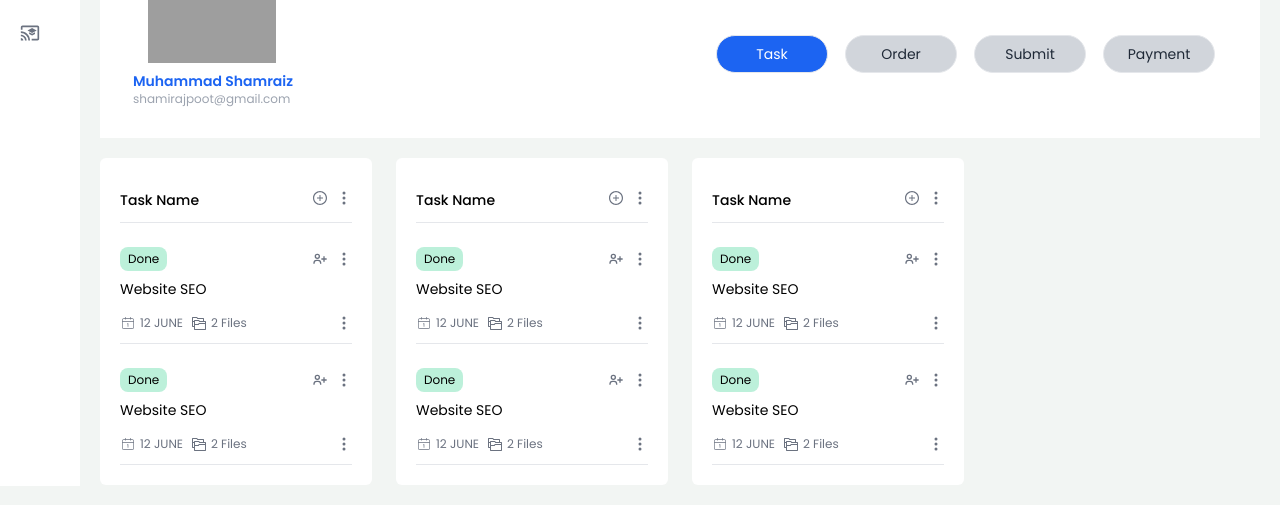
Repository: Shamraiz761/Frontend-Assessment
Page: /
An editor plug-in stored every save of this project. The page is shown before and after the next save, followed by the edit.
The browser window is 1280 px wide. The pictures show the part of the page from y = 234 to 739 px (the page is 739 px tall).
Pictures or frames that could not be fetched are drawn as grey boxes. The project was rebuilt for these pictures with package versions that can differ from the ones it lists, and the page was loaded fresh each time. Also part of the build but not shown: vite.config.js. Imported but missing from the stored project, and not drawn on this page: src/pages/auth/login.

Above is the page before, as saved 2023-06-08 16:02:17.

### src/main.jsx
import ReactDOM from 'react-dom/client'

import React from 'react'

import App from './App.jsx'
import './index.css'

ReactDOM.createRoot(document.getElementById('root')).render(
  <React.StrictMode>
    <App />
  </React.StrictMode>,
)

### src/App.jsx
import React from 'react'
import { DndProvider } from 'react-dnd'
import { HTML5Backend } from 'react-dnd-html5-backend'
import 'flowbite'

import AppRoutes from './routes'

export default function App() {
  return (
    <DndProvider backend={HTML5Backend}>
      <AppRoutes />
    </DndProvider>
  )
}

### src/index.css
@import url("https://fonts.googleapis.com/css2?family=Poppins:wght@400;500;600;700;800;900&display=swap");

@tailwind base;
@tailwind components;
@tailwind utilities;

* {
  margin: 0;
  padding: 0;
}

body {
  margin: 0;
  font-family: "Poppins", -apple-system, BlinkMacSystemFont, "Segoe UI",
    "Roboto", "Oxygen", "Ubuntu", "Cantarell", "Fira Sans", "Droid Sans",
    "Helvetica Neue", sans-serif;
  -webkit-font-smoothing: antialiased;
  -moz-osx-font-smoothing: grayscale;
  width: 100vw;
  overflow-x: hidden;
  background-color: #f2f5f3;
  /* background: linear-gradient(180deg, #faefe8 0%, #edc7ac 100%); */
}

code {
  font-family: source-code-pro, Menlo, Monaco, Consolas, "Courier New",
    monospace;
}

.pointer-cursor {
  cursor: pointer;
}

.cusBorder {
  border: 1px solid #000;
  border-radius: 5px;
}

img {
  cursor: pointer;
}
.errors {
  color: #dc3545;
  padding: 0;
  margin: 0;
  font-size: 12px;
}
.loader {
  position: fixed;
  top: 0;
  bottom: 0;
  left: 0;
  right: 0;
  background-color: rgba(47, 151, 161, 0.32);

  display: flex;
  justify-content: center;
  align-items: center;
}

.link {
  color: #000;
  cursor: pointer;
  text-decoration: none;
}
.link:hover {
  color: #000;
}

.trans-btn {
  background-color: transparent;
  border: none;
}
.profile-logout-btn {
  border: 0;
}
.profile-logout-btn:hover {
  border: 0;
}
.profile-btn {
  border-radius: 0;
  border: 0;
}
.logout-btn {
  border-radius: 0;
  border: 0;
}
.logout-btn:hover {
  background-color: rgba(220, 53, 69, 0.5);
  border: 0;
  color: #fff;
}
.breadcrumbs ul {
  list-style: none;
  display: inline-block;
}

.breadcrumbs ul li {
  display: inline;
}

.breadcrumbs ul li .bc-link {
  /* display: block; */
  width: max-content;
  background-color: #f8f9fa;
  padding: 6px 15px 6px 25px;
  text-align: center;
  position: relative;
  margin: 0 10px 0 0;
  font-size: 15px;
  text-decoration: none;
  color: #000;
}
.breadcrumbs ul li .bc-link::after {
  content: "";
  border-top: 17px solid transparent;
  border-bottom: 17px solid transparent;
  border-left: 17px solid #f8f9fa;
  position: absolute;
  top: 0;
  right: -17px;
  z-index: 1;
}
.breadcrumbs ul li .bc-link::before {
  content: "";
  border-top: 17px solid transparent;
  border-bottom: 17px solid transparent;
  border-left: 17px solid #71cdd5;
  position: absolute;
  top: 0;
  left: 0;
}
.breadcrumbs ul li:first-child .bc-link {
  border-top-left-radius: 5px;
  border-bottom-left-radius: 5px;
}
.breadcrumbs ul li:first-child .bc-link::before {
  display: none;
}

.breadcrumbs ul li:last-child .bc-link {
  padding-right: 20px;
  border-top-right-radius: 5px;
  border-bottom-right-radius: 5px;
}
.breadcrumbs ul li:last-child .bc-link::after {
  display: none;
}

@media screen and (max-width: 500px) {
  .breadcrumbs ul li .bc-link {
    /* display: block; */
    padding: 2px 2px 2px 13px;
    /* margin: 0 10px 0 0; */
    font-size: 14px;
  }

  .breadcrumbs ul li .bc-link::after {
    content: "";
    border-top: 11.6px solid transparent;
    border-bottom: 11.6px solid transparent;
    border-left: 11.6px solid #f8f9fa;
    position: absolute;
    top: 0;
    right: -11.6px;
    z-index: 1;
  }
  .breadcrumbs ul li .bc-link::before {
    content: "";
    border-top: 11.6px solid transparent;
    border-bottom: 11.6px solid transparent;
    border-left: 11.6px solid #71cdd5;
    position: absolute;
    top: 0;
    left: 0;
  }
  .breadcrumbs ul li:last-child .bc-link {
    padding-right: 5px;
  }
}

@media screen and (max-width: 350px) {
  .breadcrumbs ul li .bc-link {
    /* display: block; */
    padding: 2px 2px 2px 12px;
    /* margin: 0 10px 0 0; */
    font-size: 10px;
  }

  .breadcrumbs ul li .bc-link::after {
    content: "";
    border-top: 9px solid transparent;
    border-bottom: 9px solid transparent;
    border-left: 9px solid #f8f9fa;
    position: absolute;
    top: 0;
    right: -9px;
    z-index: 1;
  }
  .breadcrumbs ul li .bc-link::before {
    content: "";
    border-top: 9px solid transparent;
    border-bottom: 9px solid transparent;
    border-left: 9px solid #edc7ac;
    position: absolute;
    top: 0;
    left: 0;
  }
  .breadcrumbs ul li:last-child .bc-link {
    padding-right: 5px;
  }
}

/* ********************************************** */

### src/routes/index.jsx
import {
  createBrowserRouter,
  createRoutesFromElements,
  RouterProvider,
  Route,
} from "react-router-dom";

import * as React from "react";

import Layout from "./layout";
import Root from "./root";

import Home from "../pages/dashboard";
import Login from "../pages/auth/login";
import Header from "../components/header/index";

export default function AppRoutes() {
  const router = createBrowserRouter(
    createRoutesFromElements(
      <Route path="/" element={<Root />}>
        <Route path="/login" element={<Login />} />

        <Route element={<Layout />}>
          <Route path="/" element={<Home />} />
        </Route>
      </Route>
    )
  );

  return <RouterProvider router={router} />;
}

### src/routes/layout.jsx
import { Link, Outlet, useNavigate } from "react-router-dom";
import { Gi3DGlasses } from "react-icons/gi";
import { CgProfile } from "react-icons/cg";
import { BsArrowLeft, BsFillChatSquareTextFill } from "react-icons/bs";
import { MdOutlineDashboard, MdOutlineCastForEducation } from "react-icons/md";

import React, { useState } from "react";
import Header from "../components/header/index";

export default function Layout() {
  const [open, setOpen] = useState(false);
  const [type, setType] = useState(false);
  const navigate = useNavigate();
  return (
    <div>
      {/* {loading && <LoadingSpinner asOverlay />} */}
      <div
        className={` h-screen bg-white  p-3 ${
          open ? "w-56" : "w-20"
        } fixed top-0 sidebar z-50`}
      >
        {/* Logo */}

        <div className="flex flex-row justify-center">
          <svg
            width="67"
            height="67"
            viewBox="0 0 67 67"
            fill="none"
            xmlns="http://www.w3.org/2000/svg"
            className={` text-4xl block float-left cursor-pointer rounded duration-500 ${
              !open && "rotate-[360deg]"
            }`}
            onClick={() => {
              setOpen(!open);
              setType(false);
            }}
          >
            <path
              d="M22.138 15.2984L30.8759 24.0363C32.3276 25.488 34.7005 25.488 36.1522 24.0363L44.8901 15.2984C47.2351 12.9534 45.588 8.90552 42.238 8.90552H24.7622C21.4401 8.90552 19.7651 12.9534 22.138 15.2984Z"
              fill="#208FF5"
            />
            <path
              d="M22.138 51.7017L30.8759 42.9637C32.3276 41.5121 34.7005 41.5121 36.1522 42.9637L44.8901 51.7017C47.2351 54.0467 45.588 58.0946 42.238 58.0946H24.7622C21.4401 58.0946 19.7651 54.0467 22.138 51.7017Z"
              fill="#208FF5"
            />
            <path
              d="M6.03002 31.9088L12.423 21.8588C13.428 20.2676 15.6614 20.0163 17.0014 21.3563L27.0514 31.4063C28.1959 32.5509 28.1959 34.4213 27.0514 35.5659L17.0014 45.6159C15.6614 46.9559 13.456 46.7047 12.423 45.1134L6.03002 35.0634C5.44377 34.1142 5.44377 32.8859 6.03002 31.9088Z"
              fill="#208FF5"
            />
            <path
              d="M60.9701 31.9088L54.5771 21.8588C53.5721 20.2676 51.3387 20.0163 49.9987 21.3563L39.9488 31.4063C38.8042 32.5509 38.8042 34.4213 39.9488 35.5659L49.9987 45.6159C51.3387 46.9559 53.5442 46.7047 54.5771 45.1134L60.9701 35.0634C61.5563 34.1142 61.5563 32.8859 60.9701 31.9088Z"
              fill="#208FF5"
            />
          </svg>
        </div>

        {/* Search */}

        <ul className="pt-2">
          {/* Dashboard */}
          <Link
            to="/"
            className={` rounded-md text-gray-500  text-xs flex items-center gap-x-4 cursor-pointer hover:bg-gray-50 hover:text-blue-500 py-4 p-2`}
          >
            <span className="text-xl block float-left">
              <MdOutlineDashboard />
            </span>
            <span
              className={` text-sm font-md flex-1
          ${!open && "hidden"}`}
            >
              Marketplace
            </span>
          </Link>

          <Link
            className={` rounded-md text-gray-500  text-xs flex items-center gap-x-4 cursor-pointer hover:bg-gray-50 hover:text-blue-500 py-4 p-2`}
            to="/profile"
          >
            <span className="text-xl block float-left">
              <CgProfile />
            </span>
            <span
              className={` text-xs font-md flex-1
          ${!open && "hidden"}`}
            >
              Profile
            </span>
          </Link>

          {/* Lens */}
          <Link
            className={` rounded-md text-gray-500  text-xs flex items-center gap-x-4 cursor-pointer hover:bg-gray-50 hover:text-blue-500 py-4 p-2`}
            to="/chat"
          >
            <span className="text-lg block float-left">
              <BsFillChatSquareTextFill />
            </span>
            <span
              className={` text-xs font-md flex-1
          ${!open && "hidden"}`}
            >
              Chat
            </span>
          </Link>

          {/* Orders */}
          <Link
            className={` rounded-md text-gray-500  text-xs flex items-center gap-x-4 cursor-pointer hover:bg-gray-50 hover:text-blue-500 py-4 p-2`}
            to="/education"
          >
            <span className="text-xl block float-left">
              <MdOutlineCastForEducation />
            </span>
            <span
              className={` text-xs font-md flex-1
          ${!open && "hidden"}`}
            >
              Education
            </span>
          </Link>
        </ul>
      </div>
      <div className={` ${open ? "ml-56" : "ml-20"}`}>
        <Header />
        <Outlet />
      </div>
    </div>
  );
}

### src/routes/root.jsx
import { Outlet } from 'react-router-dom'

import React from 'react'

export default function Root() {
    return (
        <Outlet />
    )
}

### src/pages/Dashboard/index.jsx
import { AiOutlinePlusCircle } from "react-icons/ai";
import { BsThreeDotsVertical } from "react-icons/bs";

import React from "react";

import "./index.css";
import Profile from "../../components/dashboard/profile";
import Card from "../../components/dashboard/card";

function Home() {
  return (
    <div>
      <Profile />
      <div className="m-5 grid grid-cols-1 sm:grid-cols-2 md:grid-cols-4 gap-6 ">
        <div className="bg-white p-5 rounded-md">
          <div className="flex flex-row justify-between py-3 border-b">
            <div className="text-sm font-medium">Task Name</div>
            <div className="flex flex-row text-gray-500">
              <AiOutlinePlusCircle className="mr-2" />
              <BsThreeDotsVertical />
            </div>
          </div>
          <Card />
          <Card />
        </div>
        <div className="bg-white p-5 rounded-md">
          <div className="flex flex-row justify-between py-3 border-b">
            <div className="text-sm font-medium">Task Name</div>
            <div className="flex flex-row text-gray-500">
              <AiOutlinePlusCircle className="mr-2" />
              <BsThreeDotsVertical />
            </div>
          </div>
          <Card />
          <Card />
        </div>
        <div className="bg-white p-5 rounded-md">
          <div className="flex flex-row justify-between py-3 border-b">
            <div className="text-sm font-medium">Task Name</div>
            <div className="flex flex-row text-gray-500">
              <AiOutlinePlusCircle className="mr-2" />
              <BsThreeDotsVertical />
            </div>
          </div>
          <Card />
          <Card />
        </div>
      </div>
    </div>
  );
}
export default Home;

### src/components/header/index.jsx
import { IoIosNotifications } from "react-icons/io";

import React from "react";
import { CgProfile } from "react-icons/cg";

function Header() {
  return (
    <div>
      {/* component */}
      <nav className=" bg-white w-full flex relative justify-between items-center mx-auto px-8 py-4 h-16">
        {/* search bar */}
        <div className="hidden sm:block flex-shrink flex-grow-0 justify-start px-2">
          <div className="inline-block">
            <div className="inline-flex items-center max-w-full">
              <input
                className="flex items-center text-gray-400 bg-slate-50 justify-between  flex-grow-0  relative w-72 border rounded-lg  py-1"
                type="search"
                placeholder="Search"
              />

              <div className="flex items-center justify-center relative  h-8 w-24 rounded-full"></div>
            </div>
          </div>
        </div>

        <div className="flex-initial">
          <div className="flex justify-end items-center relative">
            <div className="block">
              <div className="inline relative sm:flex sm:flex-row sm:justify-center">
                <button
                  type="button"
                  className="inline-flex items-center relative px-2  rounded-full hover:shadow-lg"
                >
                  <IoIosNotifications className="text-gray-400 text-xl" />
                </button>
                <button
                  type="button"
                  className="inline-flex items-center relative px-2  rounded-full hover:shadow-lg"
                >
                  <CgProfile className="text-gray-400 text-xl" />
                </button>
              </div>
            </div>
          </div>
        </div>
        {/* end login */}
      </nav>
    </div>
  );
}

export default Header;

### src/pages/Dashboard/index.css
.dashboard-cover-iamge{
    background: url("../../assets/images/dashboard-back.png");
    background-position: center;
    background-repeat: no-repeat;
    background-size: cover;

}

### src/components/dashboard/profile.jsx
import profile from "../../assets/images/Ellipse 1631.png";

import React from "react";

function Profile() {
  return (
    <div className="m-5  w-[11/12] md:h-72 h-[360px]  bg-white">
      <div className="dashboard-cover-iamge h-[150px]  w-[100%]"></div>
      <div className="grid lg:grid-cols-2 grid-cols-1 md:grid-cols-2 flex-row justify-between flex-wrap">
        <div className="ml-12">
          <img src={profile} className="h-32 w-32 mt-[-65px]  " />
          <h1 className="text-blue-600 font-semibold text-sm ml-[-15px] mt-2">
            Muhammad Shamraiz
          </h1>
          <p className="text-gray-400 text-xs font-thin ml-[-15px]">
            shamirajpoot@gmail.com
          </p>
        </div>
        <div className="grid my-3 grid-cols-2 lg:grid-cols-4 md:justify-end justify-between mx-8 items-center ">
          <button className="btn border  rounded-full w-24 lg:w-28 m-1  px-4 py-2 bg-blue-600 text-sm  text-white">
            Task
          </button>
          <button className="btn border  rounded-full w-24 lg:w-28 m-1 px-4 py-2 bg-gray-300 text-sm  text-gray-800">
            Order
          </button>
          <button className="btn border  rounded-full w-24 lg:w-28  m-1 px-4 py-2 bg-gray-300 text-sm  text-gray-800">
            Submit
          </button>
          <button className="btn border  rounded-full w-24 lg:w-28 m-1 px-4 py-2 bg-gray-300 text-sm  text-gray-800">
            Payment
          </button>
        </div>
      </div>
    </div>
  );
}

export default Profile;

### src/components/dashboard/card.jsx
import { BiUserPlus } from "react-icons/bi";
import { CiCalendarDate } from "react-icons/ci";
import { VscFileSubmodule } from "react-icons/vsc";
import { BsThreeDotsVertical } from "react-icons/bs";

import React from "react";

function Card() {
  return (
    <div className="border-b py-3">
      <div className="flex flex-row justify-between mt-3 ">
        <span className="bg-green-200 px-2 py-1 rounded-lg text-xs font-thin">
          Done
        </span>
        <div className="flex flex-row text-gray-500 mt-1">
          <BiUserPlus className="mr-2 " />
          <BsThreeDotsVertical />
        </div>
      </div>
      <h1 className="text-sm my-2">Website SEO</h1>

      <div className="flex flex-row justify-between mt-3">
        <div className="flex flex-row">
          <div className="flex flex-row text-gray-500 mt-1">
            <CiCalendarDate className="mr-1" />
            <p className="text-xs font-thin text-gray-500 mr-2">12 JUNE</p>
          </div>
          <div className="flex flex-row text-gray-500 mt-1">
            <VscFileSubmodule className="mr-1" />
            <p className="text-xs font-thin text-gray-500 mr-2">2 Files</p>
          </div>
        </div>
        <div className="flex flex-row text-gray-500 mt-1">
          <BsThreeDotsVertical />
        </div>
      </div>
    </div>
  );
}

export default Card;

### tailwind.config.cjs
const colors = require('tailwindcss/colors');
const defaultTheme = require('tailwindcss/defaultTheme');

module.exports = {
  content: ['./src/**/*.{js,jsx,ts,tsx}', "node_modules/flowbite/**/*.js"],
  theme: {
    extend: {
      colors: {
        // set primary color from figma
        // primary: {
        // },
      },
      fontFamily: {
        poppins: ['Poppins', ...defaultTheme.fontFamily.sans],
      },
      fontSize: {
        xxs: '0.5rem',
      },
    },
  },
  plugins: [
    require('flowbite/plugin')
  ],

};

Loaded but not shown: index.html (common file)

After the next save:
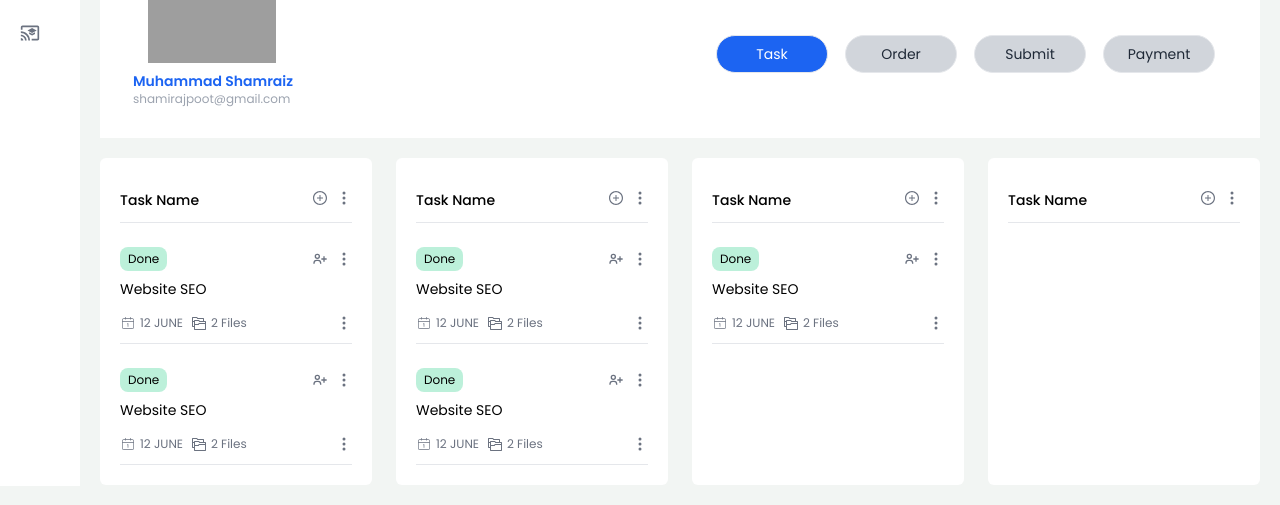
Saved 18 s later.
--- a/src/pages/Dashboard/index.jsx
+++ b/src/pages/Dashboard/index.jsx
@@ -43,7 +43,15 @@ function Home() {
             </div>
           </div>
           <Card />
-          <Card />
+        </div>
+        <div className="bg-white p-5 rounded-md">
+          <div className="flex flex-row justify-between py-3 border-b">
+            <div className="text-sm font-medium">Task Name</div>
+            <div className="flex flex-row text-gray-500">
+              <AiOutlinePlusCircle className="mr-2" />
+              <BsThreeDotsVertical />
+            </div>
+          </div>
         </div>
       </div>
     </div>
